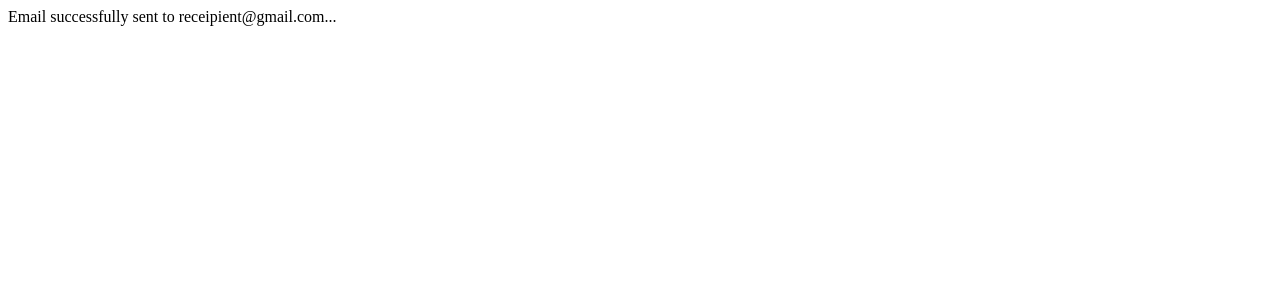
Repository: UrbyK/Felinae
Page: http://localhost/send-mail.php
An editor plug-in stored every save of this project. The page is shown before and after the next save, followed by the edit.
The browser window is 1280 px wide. The pictures show the whole page.
The page is run by PHP 8.4 with error messages shown; the project is at /var/www/html/.

Above is the page before, as saved 2020-09-13 21:10:07.

### send-mail.php
<?php
$to_email = "receipient@gmail.com";
$subject = "Simple Email Test via PHP";
$body = "Hi,nn This is test email send by PHP Script";
$headers = "From: sender\'s email";

if (mail($to_email, $subject, $body, $headers)) {
    echo "Email successfully sent to $to_email...";
} else {
    echo "Email sending failed...";
}

After the next save:
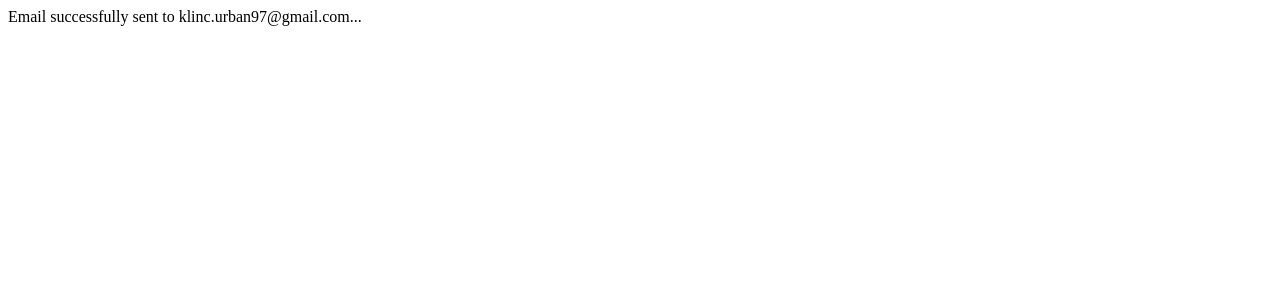
Saved 11 s later.
--- a/send-mail.php
+++ b/send-mail.php
@@ -1,5 +1,5 @@
 <?php
-$to_email = "receipient@gmail.com";
+$to_email = "klinc.urban97@gmail.com";
 $subject = "Simple Email Test via PHP";
 $body = "Hi,nn This is test email send by PHP Script";
 $headers = "From: sender\'s email";
